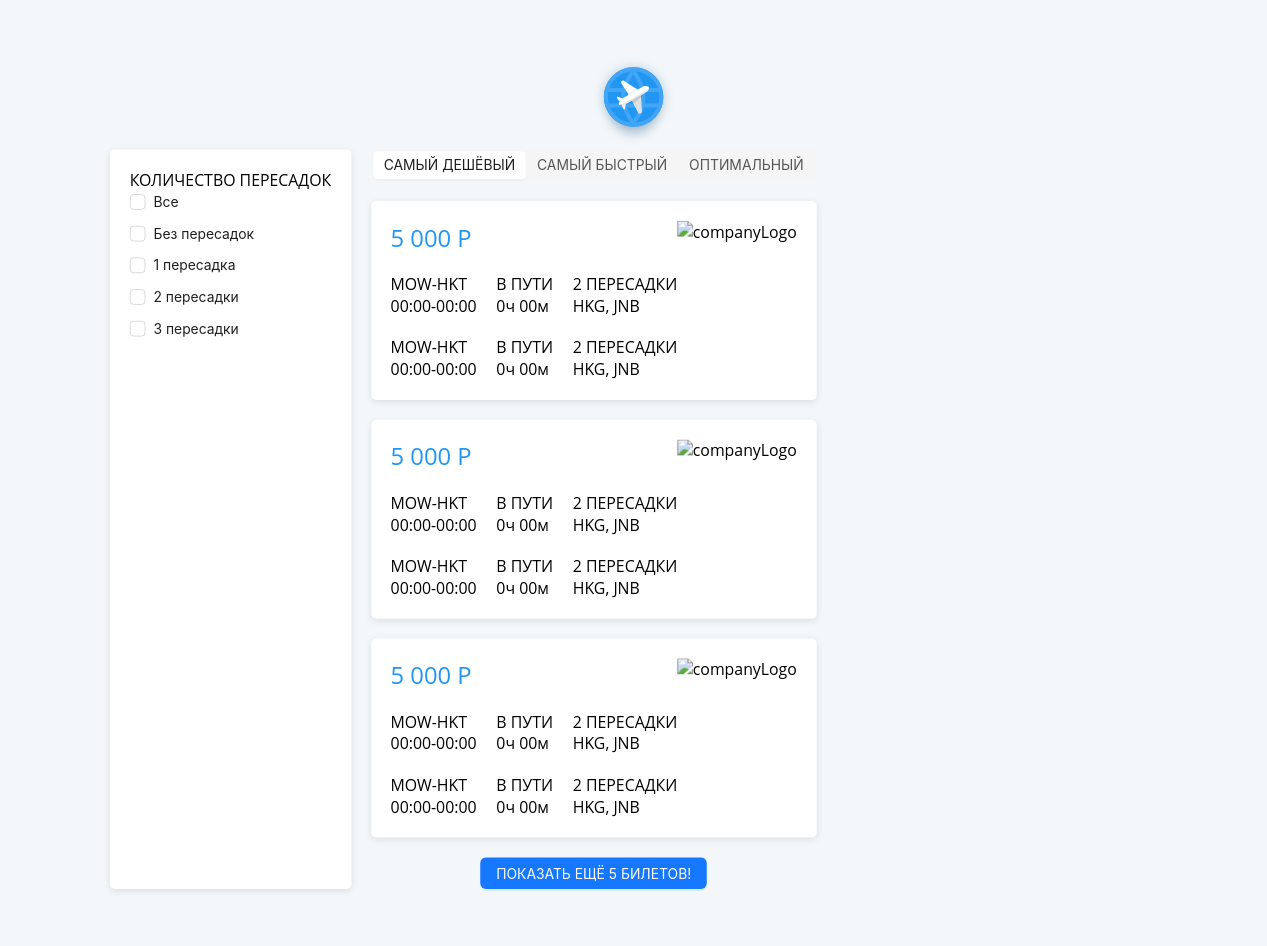
Repository: Dedoxa/aviasalesTickets
Page: /
An editor plug-in stored every save of this project. The page is shown before and after the next save, followed by the edit.
The browser window is 1280 px wide. The pictures show the whole page, at 99% of full size.
The project was rebuilt for these pictures with package versions that can differ from the ones it lists, and the page was loaded fresh each time. Also part of the build but not shown: vite.config.js.

Above is the page before, as saved 2024-10-19 17:07:32.

After the next save:
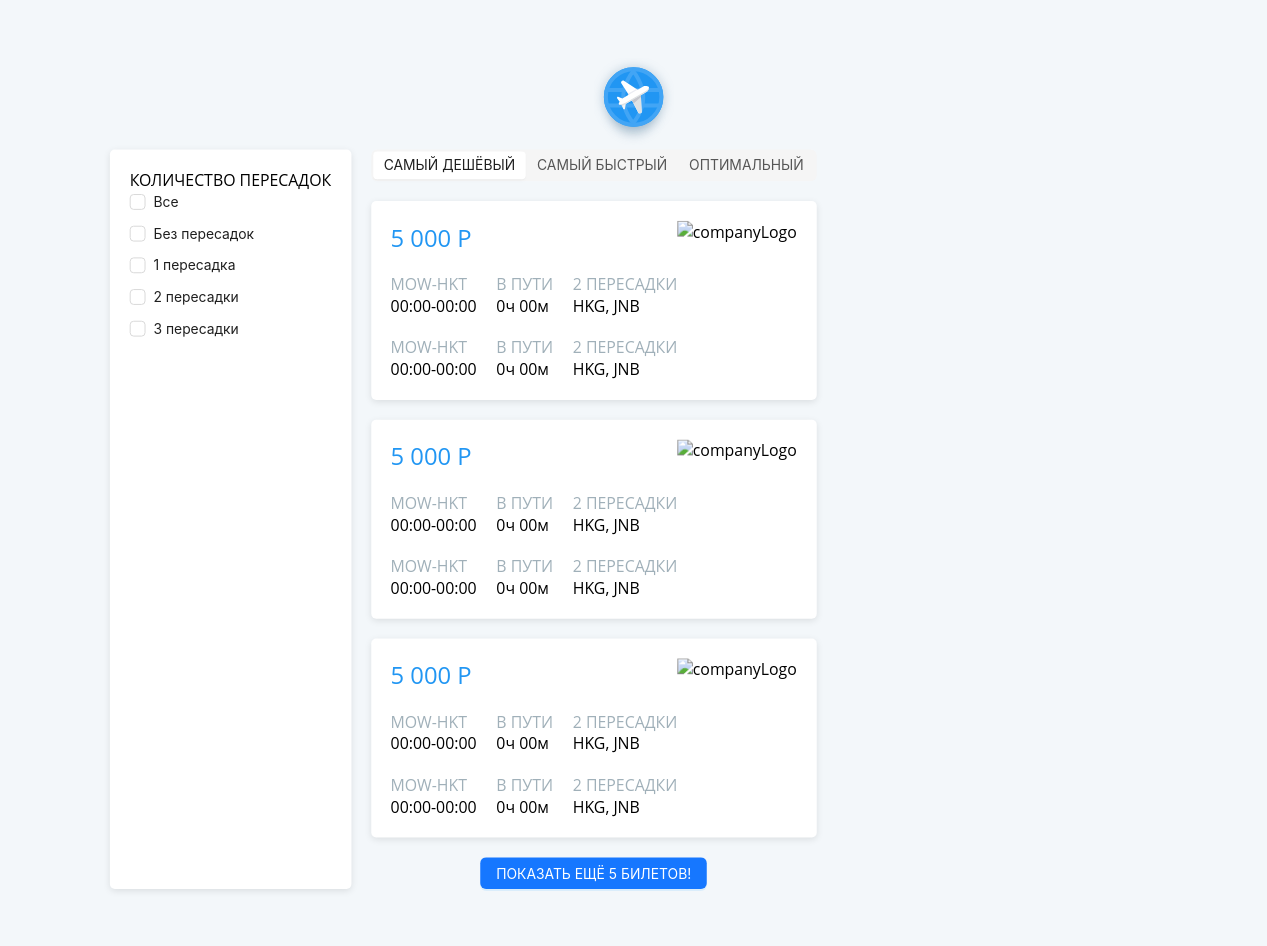
Saved 23 s later.
--- a/src/TicketCard/TicketCard.module.scss
+++ b/src/TicketCard/TicketCard.module.scss
@@ -24,5 +24,9 @@
   .infoTwoLined {
     display: flex;
     flex-direction: column;
+
+    .titleLine {
+        color: #A0B0B9;
+    }
   }
 }
